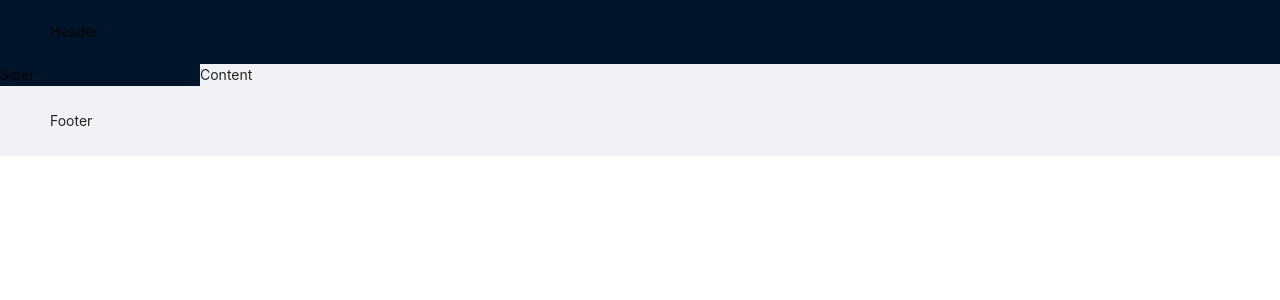
Repository: fangxueliang/react-redux-
Page: /
These files come from the project's save history. The page is drawn as it stood at one moment and after the next save; the edit follows.
The browser window is 1280 px wide. The pictures show the whole page.
The project was rebuilt for these pictures with package versions that can differ from the ones it lists, and the page was loaded fresh each time.

Above is the page before, as saved 2020-12-29 17:02:11.

After the next save:
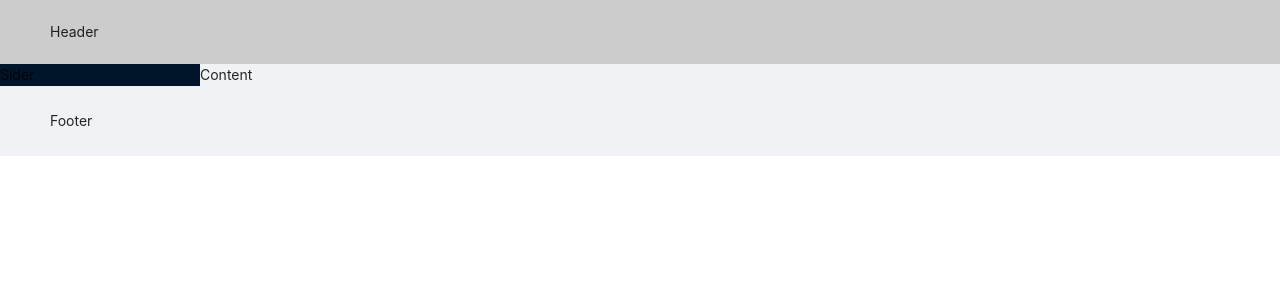
Saved 42 s later.
--- a/src/index.js
+++ b/src/index.js
@@ -2,7 +2,7 @@
 import React from 'react';
 import ReactDOM from 'react-dom';
 import App from './App';
-
+import './Common/CSS/layout.css'
 
 ReactDOM.render(
   <div style={{width:'100%',height:'100%'}}>
